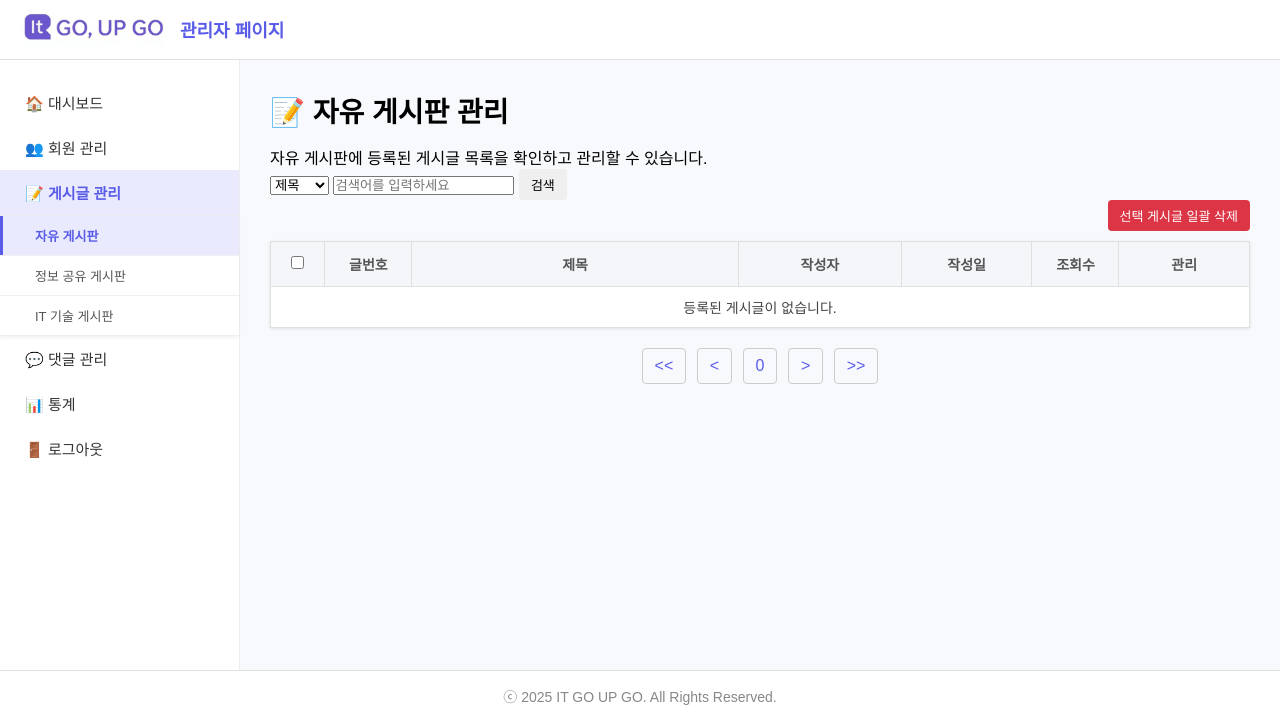
Repository: virtue5321/itgoupgo
Page: http://localhost/ITGOUPGO/WEB-INF/views/admin/freeBbsManage.jsp
These files come from the project's save history. The page is drawn as it stood at one moment and after the next save; the edit follows.
The browser window is 1280 px wide. The pictures show the whole page.
The page is served by Tomcat 10. Nobody is signed in. The template is opened directly, without the code that normally fills it, so the values that code supplies are empty.

Above is the page before, as saved 2025-10-30 07:37:43.

After the next save:
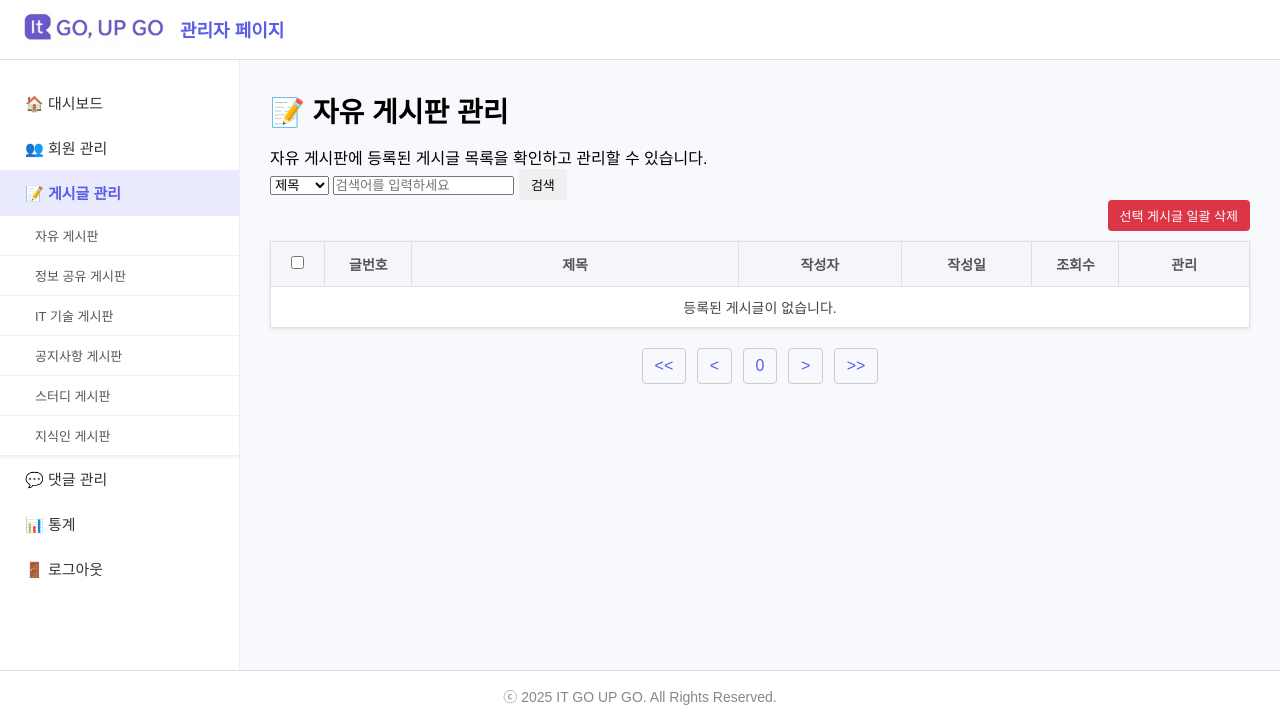
Saved 62 s later.
--- a/ITGOUPGO/src/main/webapp/WEB-INF/views/admin/freeBbsManage.jsp
+++ b/ITGOUPGO/src/main/webapp/WEB-INF/views/admin/freeBbsManage.jsp
@@ -30,9 +30,12 @@
                     <a href="javascript:void(0);" class="active" onclick="toggleSubmenu('postManageMenu')">📝 게시글 관리</a>
 
                     <ul class="submenu">
-                        <li><a href="<c:url value="/admin/freeBbsManage" />" class="sub-active">자유 게시판</a></li>
-                        <li><a href="<c:url value="/admin/infoBbsManage" />">정보 공유 게시판</a></li>
-                        <li><a href="<c:url value="/admin/itBbsManage" />">IT 기술 게시판</a></li>
+                        <li><a href="<c:url value="/admin/freeBbsManage" />">자유 게시판</a></li>
+		                <li><a href="<c:url value="/admin/infoBbsManage" />">정보 공유 게시판</a></li>
+		                <li><a href="<c:url value="/admin/itBbsManage" />">IT 기술 게시판</a></li>
+		                <li><a href="<c:url value="/admin/noticeBbsManage" />">공지사항 게시판</a></li>
+		                <li><a href="<c:url value="/admin/studyBbsManage" />">스터디 게시판</a></li>
+		                <li><a href="<c:url value="/admin/knowledgeBbsManage" />">지식인 게시판</a></li>
                     </ul>
                 </li>
 
